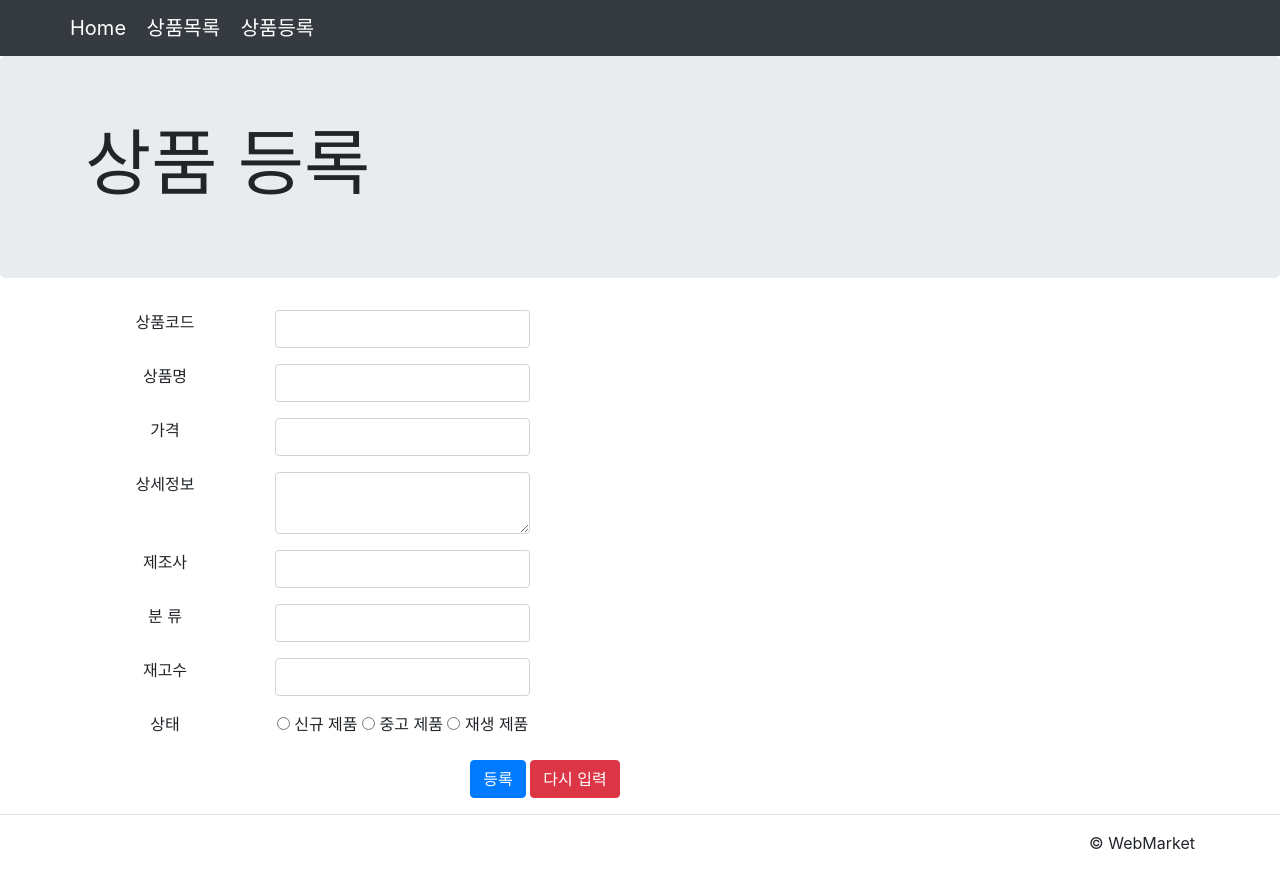
Repository: mi-ci/ai
Page: http://localhost/WebMarket/addProduct.jsp
An editor plug-in stored every save of this project. The page is shown before and after the next save, followed by the edit.
The browser window is 1280 px wide. The pictures show the whole page.
The page is served by Tomcat 9.

Above is the page before, as saved 2024-01-19 07:45:39.

After the next save:
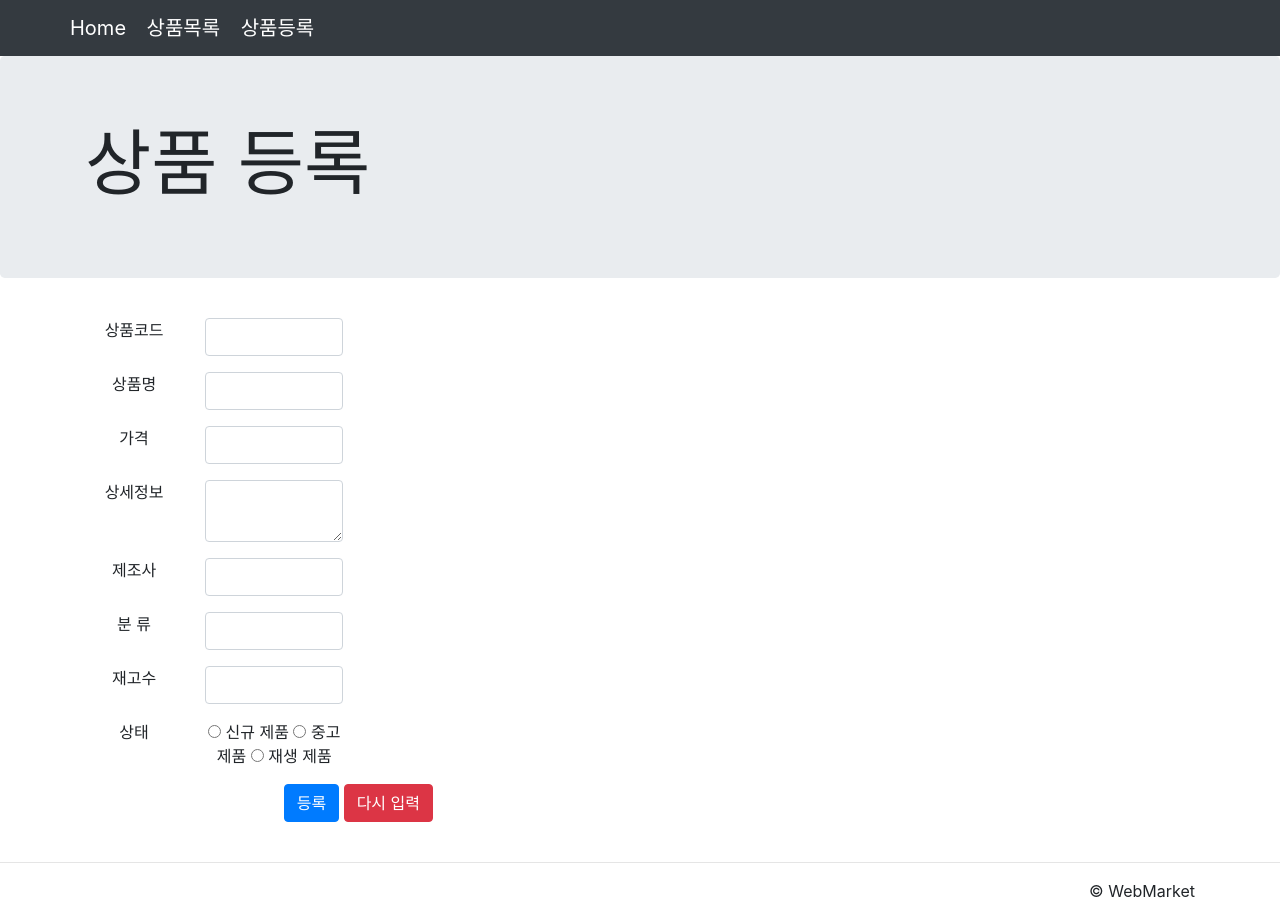
Saved 51 s later.
--- a/WebMarket/src/main/webapp/addProduct.jsp
+++ b/WebMarket/src/main/webapp/addProduct.jsp
@@ -14,8 +14,8 @@
 		</div>
 	</div>
 
-	<div class="text-center">
 	<div class="container">
+	<div class="text-center d-flex p-2">
 		<form action="processAddProduct.jsp" name="newProduct" class="form-horizontal" method="post">
 
 		<div class="form-group row">
